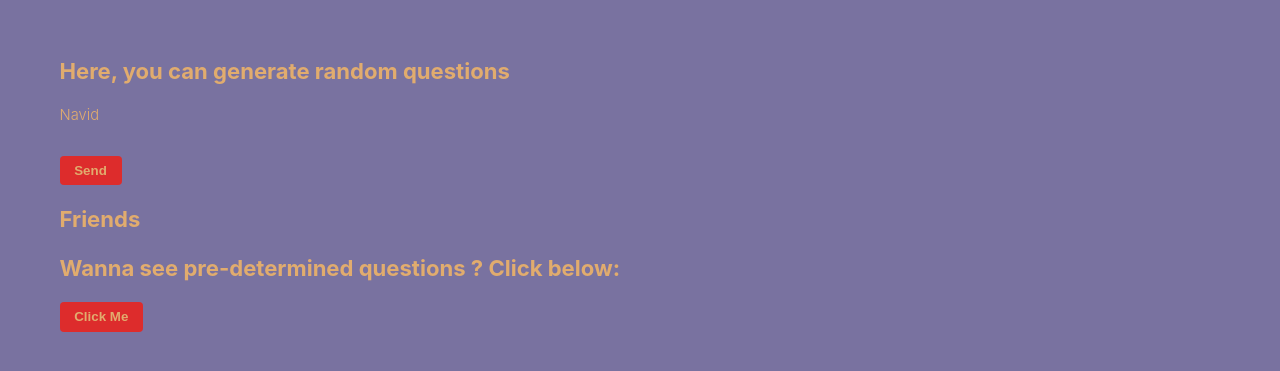
Repository: navid-amini12/capstone-1
Page: randomQuestion.html
These files come from the project's save history. The page is drawn as it stood at one moment and after the next save; the edit follows.
The browser window is 1280 px wide. The pictures show the whole page.
Some web fonts or font styles are not loaded; a fallback is used.

Above is the page before, as saved 2022-05-20 15:44:49.

After the next save:
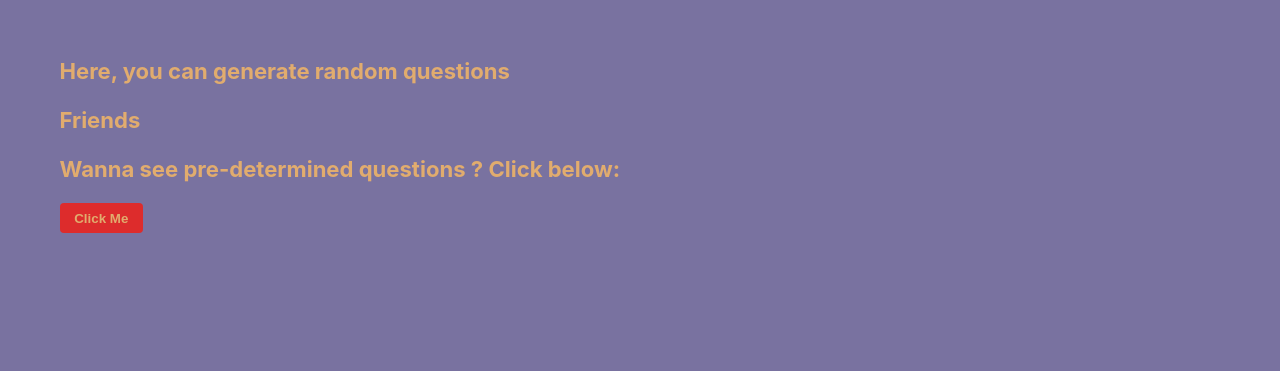
Console error: TypeError: Cannot set properties of null (setting 'onclick')
Saved 8 s later.
--- a/randomQuestion.html
+++ b/randomQuestion.html
@@ -6,14 +6,7 @@
 <article class="l-design-widht">
     <h1>Here, you can generate random questions</h1>
 
-   <p>Navid</p>
 
-
-
-      <div class="button-group">
-        <button id = button >Send</button>
-      </div>
-    </div>
 
 
     <body class="container">

After the save that followed:
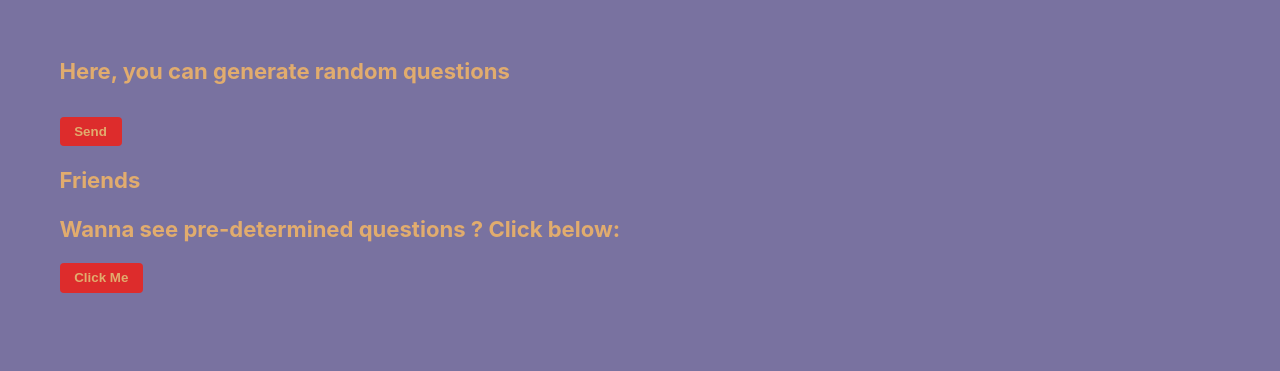
The error is gone.
Saved 8 s later.
--- a/randomQuestion.html
+++ b/randomQuestion.html
@@ -7,6 +7,13 @@
     <h1>Here, you can generate random questions</h1>
 
 
+
+
+
+      <div class="button-group">
+        <button id = button >Send</button>
+      </div>
+    </div>
 
 
     <body class="container">
